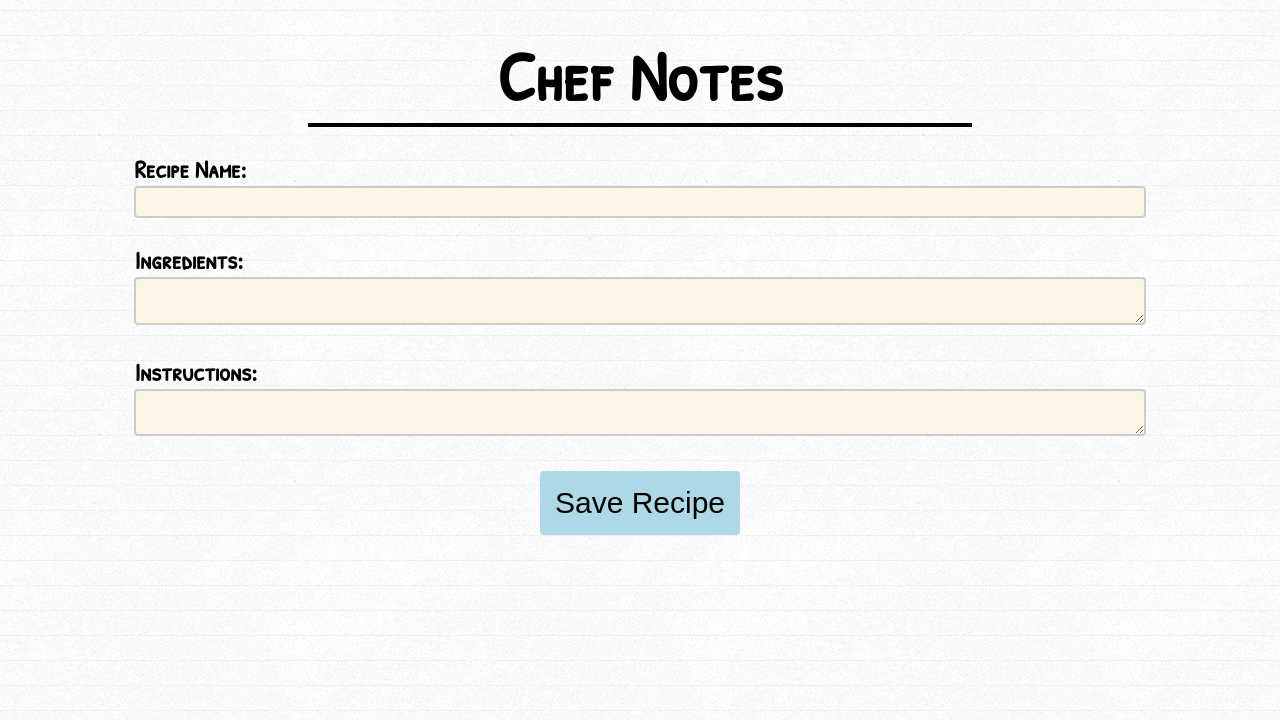
Repository: Chadloswald/RecipeSite
Page: index.html
These files come from the project's save history. The page is drawn as it stood at one moment and after the next save; the edit follows.
The browser window is 1280 px wide. The pictures show the whole page.

Above is the page before, as saved 2023-04-10 16:45:08.

After the next save:
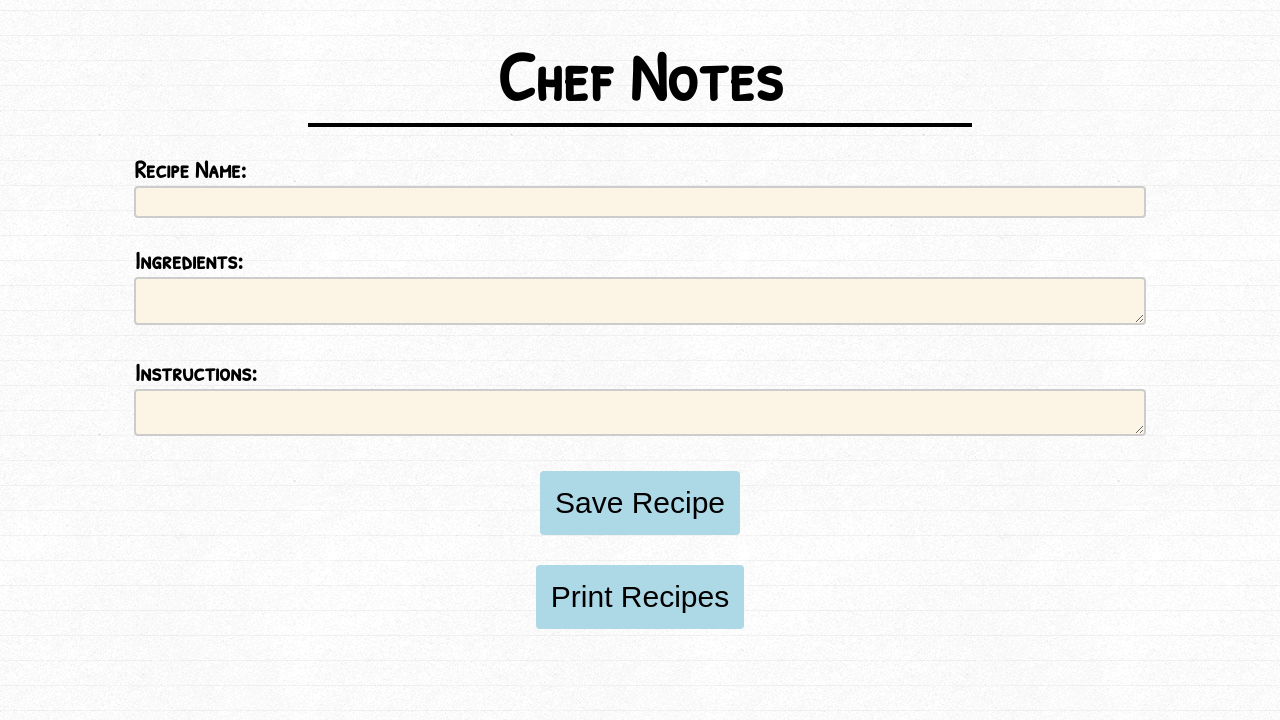
Saved 1 s later.
--- a/index.html
+++ b/index.html
@@ -28,6 +28,8 @@
       <textarea id="instructions" name="instructions"></textarea>
       <br>
       <button id="saveButton" type="button">Save Recipe</button>
+      <button id="printButton">Print Recipes</button>
+
       <!-- <button onclick="shareByEmail()">Share via Email</button> -->
     </form>
     <div id="recipe-list">
